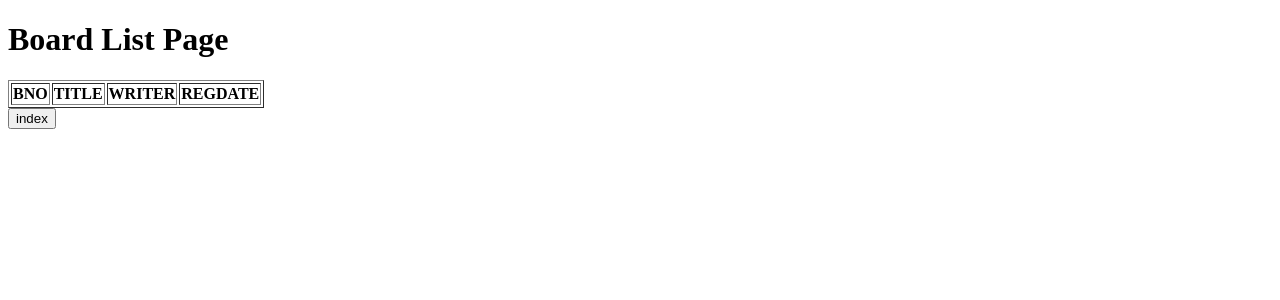
Repository: dfhdfhdfsza/myjsp
Page: http://localhost/_myjsp/brd/list
An editor plug-in stored every save of this project. The page is shown before and after the next save, followed by the edit.
The browser window is 1280 px wide. The pictures show the whole page.
The page is served by Tomcat 9. Other server files are loaded and not shown. Queries for data that is not in the repository find no rows.

Above is the page before, as saved 2023-09-22 08:43:49.

### _myjsp/src/main/webapp/board/list.jsp
<%@ page language="java" contentType="text/html; charset=UTF-8"
    pageEncoding="UTF-8"%>
 <%@ taglib prefix="c" uri="http://java.sun.com/jsp/jstl/core" %>
<!DOCTYPE html>
<html>
<head>
<meta charset="UTF-8">
<title>Insert title here</title>
</head>
<body>
	<h1>Board List Page</h1>
	<table border="1">
		<tr>
			<th>BNO</th>
			<th>TITLE</th>
			<th>WRITER</th>
			<th>REGDATE</th>
		</tr>
		<c:forEach items="${list}" var="bvo">
			<tr>
				<td><a href="/brd/detail?bno=${bvo.bno}">${bvo.bno}</a></td>
				<td>${bvo.title}</td>
				<td>${bvo.writer}</td>
				<td>${bvo.regdate}</td>
			</tr>
		</c:forEach>
	</table>
	<c:if test="${ph.prev}">
		<a href="/brd/pageList?pageNo=${ph.startPage-1}&qty=${ph.pgvo.qty}"> ◁ |</a>
	</c:if>

	<c:if test="${ph.next}">
		<a href="/brd/pageList?pageNo=${ph.endPage+1}&qty=${ph.pgvo.qty}"> | ▷</a>
	</c:if>
	<a href="/index.jsp"><button type="button">index</button></a>
</body>
</html>

### _myjsp/src/main/java/controller/boardController.java
package controller;

import java.io.IOException;
import java.util.List;

import javax.servlet.RequestDispatcher;
import javax.servlet.ServletException;
import javax.servlet.annotation.WebServlet;
import javax.servlet.http.HttpServlet;
import javax.servlet.http.HttpServletRequest;
import javax.servlet.http.HttpServletResponse;

import org.slf4j.Logger;
import org.slf4j.LoggerFactory;

import domain.boardVO;
import domain.pagingVO;
import handler.PagingHandler;
import service.boardService;
import service.boardServiceImpl;


@WebServlet("/brd/*")
public class boardController extends HttpServlet {
	private static final long serialVersionUID = 1L;
	//로그기록 객체 생성
	private static final Logger log=LoggerFactory.getLogger(boardController.class);

	private RequestDispatcher rdp; //jsp에서 받은 요청을 처리,결과를 다른 jsp로 보내는 역할을 하는 객체
	private String destPage; //목적지 주소 기록 변수
	private int isOk; //DB의 구문 체크 값 저장

    private boardService bsv;

    public boardController()
    {
       bsv= new boardServiceImpl();

    }


	protected void service(HttpServletRequest request, HttpServletResponse response) throws ServletException, IOException
	{
		request.setCharacterEncoding("utf-8");
		response.setCharacterEncoding("utf-8");
		response.setContentType("text/html; charset=UTF-8");

		String uri=request.getRequestURI();
		log.info(uri);
		String path=uri.substring(uri.lastIndexOf("/")+1);
		log.info(path);
		switch (path)
		{
		case "register":
			destPage="/board/register.jsp";
			break;
		case "insert":
			try {
				log.info("edit check 1");
				String title=request.getParameter("title");
				String writer=request.getParameter("writer");
				String content=request.getParameter("content");
				boardVO bvo=new boardVO(title, writer, content);
				log.info("bvo>>"+bvo);
				isOk=bsv.insert(bvo);
				log.info((isOk>0)? "OK":"FAIL");
				destPage="/index.jsp";
			} catch (Exception e) {
				e.printStackTrace();
			}
			break;
		case "list":
			try {
				log.info("list check 1");
				List<boardVO>list=bsv.list();
				request.setAttribute("list",list);
				destPage="/board/list.jsp";
			} catch (Exception e) {
				e.printStackTrace();
			}
			break;
		case "detail":
			try {
				log.info("detail check 1");
				int bno=Integer.parseInt(request.getParameter("bno"));
				boardVO bvo=bsv.detail(bno);
				request.setAttribute("bvo", bvo);
				destPage="/board/detail.jsp";
			} catch (Exception e) {
				e.printStackTrace();
			}
			break;

		case "modify":
				try {
					int bno=Integer.parseInt(request.getParameter("bno"));
					boardVO bvo=bsv.detail(bno);
					request.setAttribute("bvo",bvo);
					destPage="/board/modify.jsp";
				} catch (Exception e) {
					e.printStackTrace();
				}
			break;
		case "edit":
			try {
				log.info("edit check 1");
				int bno=Integer.parseInt(request.getParameter("bno"));
				String title=request.getParameter("title");
				String content=request.getParameter("content");
				boardVO bvo=new boardVO(bno, title, content);
				isOk=bsv.edit(bvo);
				log.info((isOk>0)? "OK":"FAIL");
				destPage="/brd/list";

			} catch (Exception e) {
				e.printStackTrace();
			}
			break;
		case "remove":
			try {
				log.info("remove check 1");
				int bno=Integer.parseInt(request.getParameter("bno"));
				isOk=bsv.remove(bno);
				destPage="/brd/list";
			} catch (Exception e) {
				e.printStackTrace();
			}
			break;
		case "pageList":
			try {
				pagingVO pgvo=new pagingVO();
				if(request.getParameter("pageNo")!=null)
				{
					int pageNo=Integer.parseInt(request.getParameter("pageNo"));
					int qty=Integer.parseInt(request.getParameter("qty"));
					pgvo=new pagingVO(pageNo, qty);
				}
				// total count 구해오기
				int totalcount=bsv.totalcount();
				log.info("totalcount>>"+totalcount);
				//list 가져오기
				List<boardVO>list=bsv.getPageList();
				//setattribute
				PagingHandler ph= new PagingHandler(pgvo, totalcount);
				request.setAttribute("ph",ph);
				destPage="/board/list.jsp";
			} catch (Exception e) {
				e.printStackTrace();
			}

			break;
		}//switch end

		rdp=request.getRequestDispatcher(destPage);
		rdp.forward(request, response);

	}//service end


	protected void doGet(HttpServletRequest request, HttpServletResponse response) throws ServletException, IOException
	{
		service(request, response);
	}


	protected void doPost(HttpServletRequest request, HttpServletResponse response) throws ServletException, IOException
	{
		service(request, response);
	}

}

### _myjsp/src/main/java/service/boardServiceImpl.java
package service;

import java.util.List;

import org.slf4j.Logger;
import org.slf4j.LoggerFactory;

import dao.boardDAO;
import dao.boardDAOImpl;
import domain.boardVO;

public class boardServiceImpl implements boardService
{
	private static final Logger log=LoggerFactory.getLogger(boardServiceImpl.class);

	private boardDAO bdao;
	public boardServiceImpl()
	{
		bdao=new boardDAOImpl();
	}

	@Override
	public int insert(boardVO bvo) {
		log.info("edit check 2");
		return bdao.insert(bvo);
	}

	@Override
	public List<boardVO> list() {
		log.info("list check 2");
		return bdao.list();
	}

	@Override
	public boardVO detail(int bno) {
		log.info("detail check 2");
		return bdao.detail(bno);
	}

	@Override
	public int edit(boardVO bvo) {
		log.info("edit check 2");
		return bdao.edit(bvo);
	}

	@Override
	public int remove(int bno) {
		log.info("remove check 2");
		return bdao.remove(bno);
	}

	@Override
	public int totalcount() {
		log.info("totalcount check 2");
		return bdao.totalcount();
	}

	@Override
	public List<boardVO> getPageList() {
		log.info("getPageList check 2");
		return bdao.getPageList();
	}



}

### _myjsp/src/main/java/dao/boardDAO.java
package dao;

import java.util.List;

import domain.boardVO;

public interface boardDAO {

	int insert(boardVO bvo);

	List<boardVO> list();

	boardVO detail(int bno);

	int edit(boardVO bvo);

	int remove(int bno);

	int totalcount();

	List<boardVO> getPageList();

}

### _myjsp/src/main/java/dao/boardDAOImpl.java
package dao;

import java.util.List;

import org.apache.ibatis.session.SqlSession;
import org.slf4j.Logger;
import org.slf4j.LoggerFactory;

import domain.boardVO;
import orm.DatabaseBuilder;

public class boardDAOImpl implements boardDAO
{
	private static final Logger log=LoggerFactory.getLogger(boardDAOImpl.class);
	SqlSession sql;
	int isOk;

	private final String NS="BoardMapper.";

	public boardDAOImpl()
	{
		new DatabaseBuilder();
		sql=DatabaseBuilder.getFactory().openSession();
	}

	@Override
	public int insert(boardVO bvo) {
		log.info("edit check 3");

		isOk=sql.insert(NS+"insert",bvo);

		if(isOk>0)
			sql.commit();

		return isOk;
	}

	@Override
	public List<boardVO> list() {
		log.info("list check 3");
		return sql.selectList(NS+"list");
	}

	@Override
	public boardVO detail(int bno) {
		log.info("detail check 3");
		return sql.selectOne(NS+"detail",bno);
	}

	@Override
	public int edit(boardVO bvo) {
		log.info("edit check 3");
		isOk=sql.update(NS+"edit",bvo);
		if(isOk>0)
			sql.commit();
		return isOk;
	}

	@Override
	public int remove(int bno) {
		log.info("remove check 3");
		isOk=sql.delete(NS+"remove",bno);
		if(isOk>0)
			sql.commit();
		return isOk;
	}

	@Override
	public int totalcount() {
		log.info("totalcount check 3");
		return sql.selectOne(NS+"totalcount");
	}

	@Override
	public List<boardVO> getPageList() {
		log.info("getPageList check 3");
		return sql.selectList(NS+"pagelist");
	}


}

### _myjsp/src/main/java/orm/DatabaseBuilder.java
package orm;

import org.apache.ibatis.io.Resources;
import org.apache.ibatis.session.SqlSessionFactory;
import org.apache.ibatis.session.SqlSessionFactoryBuilder;

public class DatabaseBuilder
{

	private static SqlSessionFactory factory;
	private static final String config="orm/mybatisConfig.xml";

	//초기화 블럭을 사용하여 객체 생성 후 초기화
	static
	{
		try {
			factory=new SqlSessionFactoryBuilder().build(Resources.getResourceAsReader(config));
		} catch (Exception e) {
				e.printStackTrace();
		}
	}

	public static SqlSessionFactory getFactory()
	{
		return factory;
	}
}

### _myjsp/src/main/java/domain/boardVO.java
package domain;

public class boardVO
{
	private int bno;
	private String title;
	private String writer;
	private String regdate;
	private String content;
	private String category;
	private String moddate;

	public boardVO() {}


	//insert
	public boardVO(String title, String writer, String content)
	{
		super();
		this.title = title;
		this.writer = writer;
		this.content = content;
	}


	//detail
	public boardVO(int bno, String title, String writer, String regdate, String content, String moddate) {
		super();
		this.bno = bno;
		this.title = title;
		this.writer = writer;
		this.regdate = regdate;
		this.content = content;
		this.moddate = moddate;
	}

	//edit
	public boardVO(int bno, String title, String content) {
		super();
		this.bno = bno;
		this.title = title;
		this.content = content;
	}


	//---------------------getter/setter------------------------------

	public int getBno() {
		return bno;
	}

	public void setBno(int bno) {
		this.bno = bno;
	}
	public String getTitle() {
		return title;
	}
	public void setTitle(String title) {
		this.title = title;
	}
	public String getWriter() {
		return writer;
	}
	public void setWriter(String writer) {
		this.writer = writer;
	}
	public String getRegdate() {
		return regdate;
	}
	public void setRegdate(String regdate) {
		this.regdate = regdate;
	}
	public String getContent() {
		return content;
	}
	public void setContent(String content) {
		this.content = content;
	}
	public String getCategory() {
		return category;
	}
	public void setCategory(String category) {
		this.category = category;
	}


	public String getModdate() {
		return moddate;
	}


	public void setModdate(String moddate) {
		this.moddate = moddate;
	}


	@Override
	public String toString() {
		return "boardVO [bno=" + bno + ", title=" + title + ", writer=" + writer + ", regdate=" + regdate + ", content="
				+ content + ", category=" + category + "]";
	}


}

### _myjsp/src/main/java/domain/memberVO.java
package domain;

public class memberVO
{
	private String id;
	private String pw;
	private String regdate;
	private String last_login;


	public memberVO() {}

	//join
	public memberVO(String id, String pw) {
		super();
		this.id = id;
		this.pw = pw;
	}
	//---------------------------getter/setter----------------------------------


	public String getId() {
		return id;
	}


	public void setId(String id) {
		this.id = id;
	}


	public String getPw() {
		return pw;
	}


	public void setPw(String pw) {
		this.pw = pw;
	}


	public String getRegdate() {
		return regdate;
	}


	public void setRegdate(String regdate) {
		this.regdate = regdate;
	}


	public String getLast_login() {
		return last_login;
	}


	public void setLast_login(String last_login) {
		this.last_login = last_login;
	}


}

After the next save:
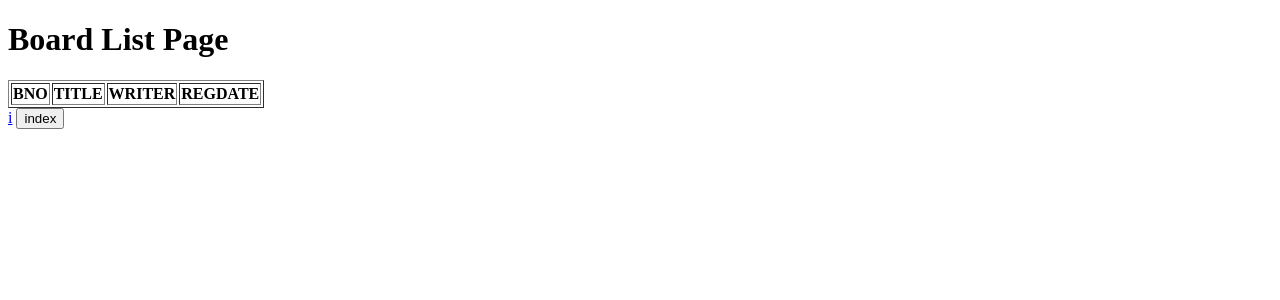
Saved 2 min 42 s later.
--- a/_myjsp/src/main/webapp/board/list.jsp
+++ b/_myjsp/src/main/webapp/board/list.jsp
@@ -28,7 +28,9 @@
 	<c:if test="${ph.prev}">
 		<a href="/brd/pageList?pageNo=${ph.startPage-1}&qty=${ph.pgvo.qty}"> ◁ |</a>
 	</c:if>
-
+	<c:forEach begin="${ph.startPage}" end="${ph.endPage}" var="i">
+		<a href="/brd/pageList?pageNo=${ph.startPage-1}&qty=${ph.pgvo.qty}">i</a>
+	</c:forEach>
 	<c:if test="${ph.next}">
 		<a href="/brd/pageList?pageNo=${ph.endPage+1}&qty=${ph.pgvo.qty}"> | ▷</a>
 	</c:if>
